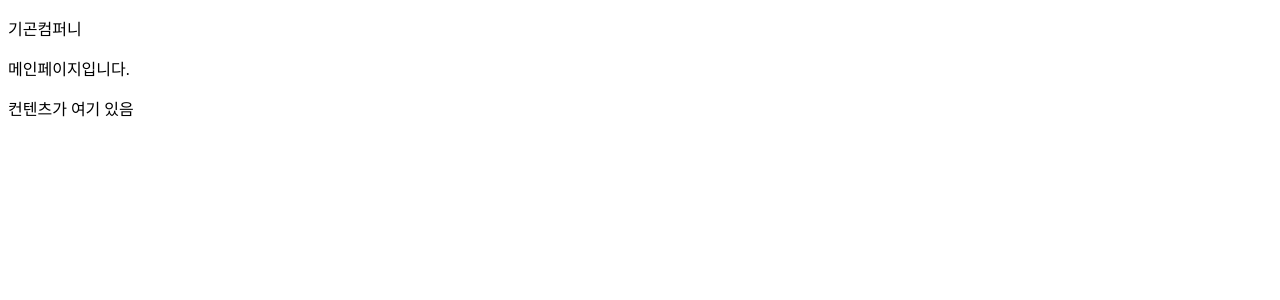
Repository: Kimgigon123123/JspServlet
Page: http://localhost/03.Tag/02.Directive/Ex03_IncludeMain.jsp
An editor plug-in stored every save of this project. The page is shown before and after the next save, followed by the edit.
The browser window is 1280 px wide. The pictures show the whole page.
The page is served by Tomcat 9.

Above is the page before, as saved 2023-05-19 03:04:09.

After the next save:
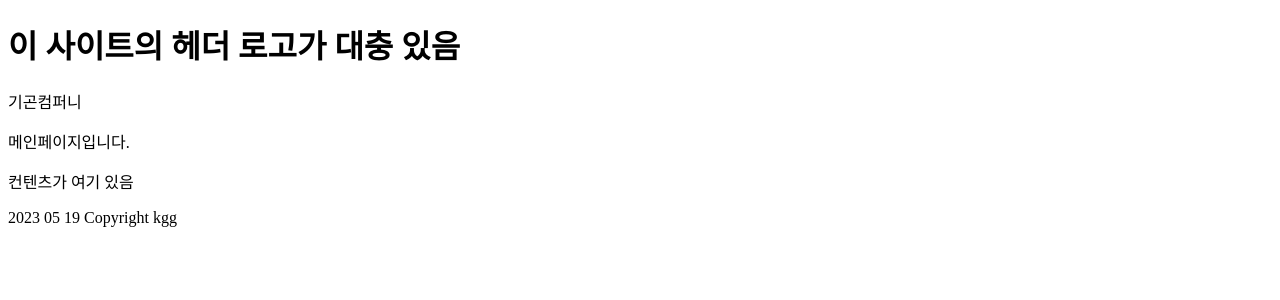
Saved 54 s later.
--- a/WorkSpace/03.Tag/src/main/webapp/02.Directive/Ex03_IncludeMain.jsp
+++ b/WorkSpace/03.Tag/src/main/webapp/02.Directive/Ex03_IncludeMain.jsp
@@ -14,13 +14,13 @@
 		 해결가능.
 		 단점 : 헤더와 푸터가 기능이 안되거나 오류가 발생하면 모든 화면에서 x-->
 
-
+		<%@ include file="Ex03Header.jsp" %>
 
 		<p>기곤컴퍼니</p>
 		<p>메인페이지입니다.</p>
 		<p>컨텐츠가 여기 있음</p>
 
-
+		<%@ include file="Ex03Footer.jsp" %>
 
 </body>
 </html>
